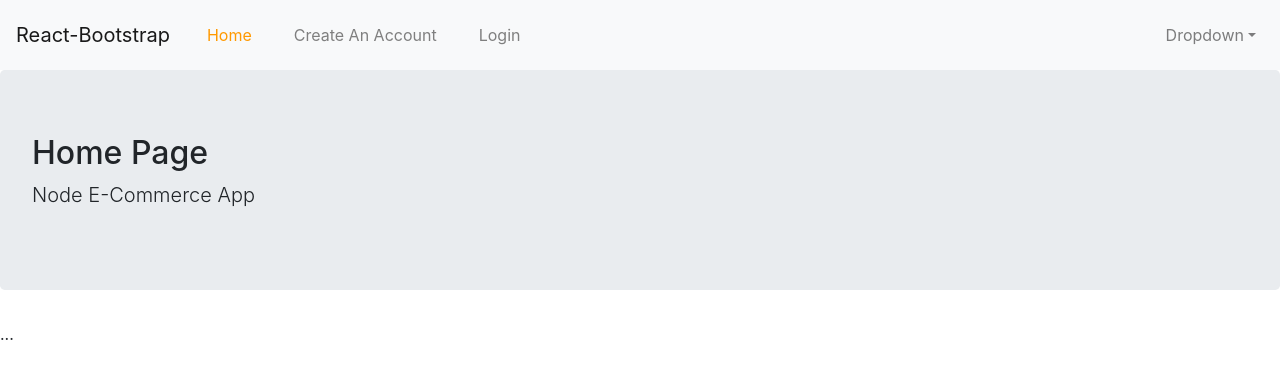
Repository: Awhit-commits/ecommerce_app_medium
Page: / (app in client/)
An editor plug-in stored every save of this project. The page is shown before and after a run of saves, followed by the edit.
The browser window is 1280 px wide. The pictures show the whole page.
The project was rebuilt for these pictures with package versions that can differ from the ones it lists, and the page was loaded fresh each time. Also part of the build but not shown: client/src/App.css, client/src/component/Auth/Login/LoginForm.jsx, client/src/component/Auth/Sign Up/SignUpForm.jsx, client/src/component/Dashboard/UserDashboard.jsx, client/src/component/Auth/Private Route/PrivateRoute.jsx.

Above is the page before, as saved 2020-12-01 21:37:19.

### client/src/App.js
import React from 'react';
import logo from './logo.svg';
import './App.css';

import 'bootstrap/dist/css/bootstrap.min.css';
import AppContainer from './component/AppContainer';


function App() {
  return (
    <div className="">
     <AppContainer/>
    </div>
  );
}


export default App;

### client/src/component/AppContainer.jsx
import React from 'react'
import { BrowserRouter as Router,Switch,Route } from 'react-router-dom'
// import Login from './Auth/Login/Login'
import LoginForm from './Auth/Login/LoginForm'
// import Signup from './Auth/Sign Up/Signup'
import SignUpForm from './Auth/Sign Up/SignUpForm'
import Home from './Core/Home'
import NavBar from './NavBar/NavBar'
import UserDashboard from './Dashboard/UserDashboard'
import PrivateRoute from './Auth/Private Route/PrivateRoute'


export default function AppContainer() {

    return (
        <div>

            <Router>
                <NavBar/>
                <Switch>

            <Route path = "/" exact component = {Home}></Route>
            <Route path = "/signup"><SignUpForm/></Route>
            <Route path = "/login"><LoginForm/></Route>
            <PrivateRoute path="/dashboard"  exact component = {UserDashboard}/>
            </Switch>



    </Router>

        </div>
    )
}

### client/src/component/Core/Home.jsx
import React from 'react'
import Layout from './Layout'

const Home= () =>(

    <Layout title = "Home Page" description = "Node E-Commerce App">... </Layout>
)
export default Home

### client/src/component/NavBar/NavBar.jsx
import React, { Fragment } from "react";
import { Link, withRouter } from "react-router-dom";
import Navbar from "react-bootstrap/Navbar";
import Nav from "react-bootstrap/Nav";
import NavDropdown from "react-bootstrap/NavDropdown";
import Signup from "../Auth/Sign Up/Signup";
import Login from "../Auth/Login/Login";
import Button from "react-bootstrap/esm/Button";

import { signOut, isAuthenicated } from "../Auth/index";
import UserDashboard from "../Dashboard/UserDashboard";

const isActive = (history, path) => {
  if (history.location.pathname === path) {
    return { color: "#ff9900" };
  } else {
    return { color: "#7F7F7F" };
  }
};
const {user} = isAuthenicated();

const Menu = ({ history }) => (
  //   <Navbar bg="light" expand="lg">
  // <Navbar.Brand href="/">React-Bootstrap</Navbar.Brand>
  // <Navbar.Toggle aria-controls="basic-navbar-nav" />
  // <Navbar.Collapse id="basic-navbar-nav">
  //   <Nav className="mr-auto">
  //     <Nav.Link href="/"><Button style = {isActive(history,"/")} variant = "">Home</Button></Nav.Link>
  //     {!isAuthenicated() && <Fragment> <Nav.Item><Nav.Link href="#" ><Button  style = {isActive(history,"/signup")} variant = ""><Signup /></Button></Nav.Link></Nav.Item>
  //    <Nav.Item> <Nav.Link href="#"><Button  style = {isActive(history,"/login")} variant = ""><Login /></Button></Nav.Link></Nav.Item>
  //    </Fragment>}

  //     {isAuthenicated() && (<Fragment><Nav.Item> <Nav.Link href="#" ><Button style = {isActive(history,"/signout")} variant ="" onClick = {()=>signOut(()=>{history.push("/")})}>Signout</Button></Nav.Link></Nav.Item>
  //     <Nav.Item><Nav.Link href = "/dashboard"><Button style = {isActive(history,"/dashboard")} variant ="">Dashboard</Button></Nav.Link></Nav.Item></Fragment>
  //     )}

  //   </Nav>
  //   </Navbar.Collapse>
  //   </Navbar>

  <Navbar bg="light" expand="lg">
    <Navbar.Brand href="#home">React-Bootstrap</Navbar.Brand>
    <Navbar.Toggle aria-controls="basic-navbar-nav" />
    <Navbar.Collapse id="basic-navbar-nav">
      <Nav className="mr-auto">
        <Nav.Link href="/">
          <Button style={isActive(history, "/")} variant="">
            Home
          </Button>
        </Nav.Link>
        {!isAuthenicated() && (
          <Fragment>
            {" "}
            <Nav.Item>
              <Nav.Link href="#">
                <Button style={isActive(history, "/signup")} variant="">
                  <Signup />
                </Button>
              </Nav.Link>
            </Nav.Item>
            <Nav.Item>
              {" "}
              <Nav.Link href="#">
                <Button style={isActive(history, "/login")} variant="">
                  <Login />
                </Button>
              </Nav.Link>
            </Nav.Item>
          </Fragment>
        )}

        {isAuthenicated() && (
          <Fragment>
            <Nav.Item>
              {" "}
              <Nav.Link href="#">
                <Button
                  style={isActive(history, "/signout")}
                  variant=""
                  onClick={() =>
                    signOut(() => {
                      history.push("/");
                    })
                  }
                >
                  Signout
                </Button>
              </Nav.Link>
            </Nav.Item>
            <Nav.Item>
              <Nav.Link href="/dashboard">
                <Button style={isActive(history, "/dashboard")} variant="">
                  Dashboard
                </Button>
              </Nav.Link>
            </Nav.Item>
          </Fragment>
        )}
      </Nav>
      <Nav>
        <NavDropdown title="Dropdown" id="basic-nav-dropdown" className = "dropdown-menu-left">
          <NavDropdown.Item href="#action/3.1">Action</NavDropdown.Item>
          <NavDropdown.Item href="#action/3.2">Another action</NavDropdown.Item>
          <NavDropdown.Item href="#action/3.3">Something</NavDropdown.Item>
          <NavDropdown.Divider />
          <NavDropdown.Item href="#action/3.4">Separated link</NavDropdown.Item>
        </NavDropdown>
      </Nav>
    </Navbar.Collapse>
  </Navbar>
);
export default withRouter(Menu);

### client/src/component/Core/Layout.jsx
import React from 'react'
import Jumbotron from 'react-bootstrap/Jumbotron'

const Layout  = ({title = "Title",
description = "Description",
className,children} )=>(
    <div>
        <Jumbotron>
            <h2>{title}</h2>
            <p className = "lead"> {description}</p>
        </Jumbotron>
        <div className = {className}> {children}</div>
    </div>

)

export default Layout

### client/src/component/Auth/index.js


 export const authenticate = (data,next)=>
 {
     if(typeof window !=='undefined'){
         localStorage.setItem('jwt',JSON.stringify(data))
         next()
     }
 }

 export const signOut = async (next)=>{
     if(typeof window !== 'undefined'){
         localStorage.removeItem('jwt')
         next()
         let response = await fetch('/api/signout')
         let json = await response.json()
         console.log(json)

     }
 }

 export const isAuthenicated = ()=>{
     if (typeof window =='undefined'){
         return false
     }
     if (localStorage.getItem('jwt')){
         return JSON.parse(localStorage.getItem('jwt'))
     }
     else{
         return false
     }
 }

### client/src/component/Auth/Sign Up/Signup.jsx
import React, { useState } from "react";
import { Link } from "react-router-dom";

import Button from "react-bootstrap/Button";
import Modal from "react-bootstrap/Modal";
import Form from "react-bootstrap/Form";
import Alert from "react-bootstrap/Alert";
import Login from "../Login/Login";

function Signup() {
  const [show, setShow] = useState(false);
  // const [name, setName] = useState("");
  // const [email, setEmail] = useState("");
  // const [password, setPassword] = useState("");
  const [values, setValues] = useState({
    name: "",
    email: "",
    password: "",
    error: "",
    success: false,
  });
  const { name, email, password, success, error } = values;

  const handleClose = () => setShow(false);
  const handleShow = () => setShow(true);

  const handleChange = (name) => (event) => {
    setValues({ ...values, error: false, [name]: event.target.value });
  };
  const handleSubmission = async (event) => {
    event.preventDefault();
    let accountInfo = {
      name,
      email,
      password,
    };
    let response = await fetch("/api/signup", {
      method: "Post",
      headers: {
        Accept: "application/json",
        "Content-Type": "application/json",
      },
      body: JSON.stringify(accountInfo),
    });
    let json = await response.json();
    if (json.error) {
      console.log(json.error);
      setValues({ ...values, error: json.error, success: false });
    } else {
      setValues({
        ...values,
        name: "",
        email: "",
        passowrd: "",
        error: "",
        success: true,
      });
    }
  };
  const showError = () => (
    <Alert variant="danger" style={{ display: error ? "" : "none" }}>
      <p>{error}</p>
    </Alert>
  );
  const showSuccess = () => (
    <Alert variant="info" style={{ display: success ? "" : "none" }}>
      <p>
        New account was created. Please{" "}
        <Link>
          <Login />
        </Link>
        .
      </p>
    </Alert>
  );

  return (
    <>
      <span onClick={handleShow}>Create An Account</span>

      <Modal show={show} onHide={handleClose}>
        <Modal.Header closeButton>
          <Modal.Title>Create An Account</Modal.Title>
        </Modal.Header>
        <Modal.Body>
          {showError()}
          {showSuccess()}
          <Form>
            <Form.Group>
              <Form.Label>Name</Form.Label>
              <Form.Control
                type="text"
                placeholder="Your Name"
                onChange={handleChange("name")}
                value={name}
              />
            </Form.Group>
            <Form.Group controlId="formBasicEmail">
              <Form.Label>Email Address</Form.Label>
              <Form.Control
                type="email"
                placeholder="Email"
                onChange={handleChange("email")}
                value={email}
              />
            </Form.Group>
            <Form.Group controlId="formBasicPassword">
              <Form.Label>Password</Form.Label>
              <Form.Control
                type="password"
                placeholder="Password"
                onChange={handleChange("password")}
                value={password}
              />
              <Form.Text id="passwordHelpBlock" muted>
                Your password must be 6-32 characters long, contain letters and
                numbers, and must not contain spaces, special characters, or
                emoji.
              </Form.Text>
              <Form.Text className="" style={{ textAlign: "center" }}>
                Already have an account?{" "}
                <Link to="/login" onClick={handleClose}>
                  Click Here!
                </Link>
              </Form.Text>
            </Form.Group>
          </Form>
        </Modal.Body>
        <Modal.Footer>
          <Button variant="secondary" onClick={handleClose}>
            Close
          </Button>
          <Button variant="primary" onClick={(handleClose, handleSubmission)}>
            Submit
          </Button>
        </Modal.Footer>
      </Modal>
    </>
  );
}
export default Signup;

### client/src/component/Auth/Login/Login.jsx
import React, { useState } from "react";
import Button from "react-bootstrap/Button";
import Modal from "react-bootstrap/Modal";
import Form from "react-bootstrap/Form"
import Alert from "react-bootstrap/Alert"
import { Link,Redirect } from 'react-router-dom'
import{authenticate as authenticate,isAuthenicated} from '../index'

function Login() {
  const [show, setShow] = useState(false);
  const [values, setValues] = useState({email:"",password:"",error:"",loading:false,redirectToReferrer:false})

  const handleClose = () => setShow(false);
  const handleShow = () => setShow(true);
  const {email,password,error,loading,redirectToReferrer} = values

  const handleChange = (name) => (event) => {
    setValues({ ...values, error: false, [name]: event.target.value });
  };

  const {user} = isAuthenicated();

  const handleLogin = async (event)=>{
     let loginInfo = {
          email:email,
          password:password
      }
      event.preventDefault();
       let response =  await fetch("/api/login",{
           method:"Post",
           headers:{
               "Accept":"application/json",
               "Content-Type":"application/json"
           },
           body:JSON.stringify(loginInfo)
       })
      let json = await response.json();
      console.log(json);
      setValues({...values,error:false,loading:true})
      if(json.error){
        setValues({...values,error:json.error,loading:false,redirectToReferrer:false})
    }
    else{
      authenticate(json,()=>{
        setValues ({...values,redirectToReferrer:true})
      })

        handleClose()
    }
  }
  const showError = () => (
    <Alert variant="danger" style={{ display: error ? "" : "none" }}>
      <p>{error}</p>
    </Alert>
  );
const showLoading  = ()=>(
  loading && (<Alert variant ="info"><h2>Loading...</h2></Alert>)
)

const redirectUser = ()=>{
  if(redirectToReferrer){
    if(user && user.role ===1){
      return (<Redirect to = "/admin/dashboard"/>)
    }
    else{
      return ( <Redirect to = "/dashboard"/>)
    }


  }
}
  return (
    <>
       <span onClick={handleShow}>
        Login</span>


      <Modal show={show} onHide={handleClose}>
        <Modal.Header closeButton>
          <Modal.Title>Login</Modal.Title>
        </Modal.Header>
        <Modal.Body>

            <Form>
            {redirectUser()}
          {showLoading()}
              {showError()}
                <Form.Group controlId = "formBasicEmail" >
                    <Form.Label>
                        Email Address
                    </Form.Label>
                    <Form.Control  onChange =  {handleChange('email')} value = {email} type = "email" placeholder = "Enter email"/>




                </Form.Group>
            <Form.Group controlId= "formBasicPassword" >
                    <Form.Label>
                        Password
                    </Form.Label>
                    <Form.Control type = "password" placeholder = "Password" onChange = {handleChange('password')} value = {password}/>
                    <Form.Text className="" style={{ textAlign: "center" }}>
                Need to create an account?{" "}
                <Link to="/signup" onClick={handleClose}>
                  Click Here!
                </Link>
              </Form.Text>
                </Form.Group>
            </Form>
        </Modal.Body>
        <Modal.Footer>
          <Button variant="secondary" onClick={handleClose}>
            Close
          </Button>
          <Button variant="primary" onClick={handleLogin}>
            Submit
          </Button>
        </Modal.Footer>
      </Modal>
    </>
  );
}
export default Login;

Loaded but not shown: client/public/index.html (common file); client/src/index.js (common file); client/src/index.css (common file); client/src/serviceWorker.js (common file)

After the next 2 saves:
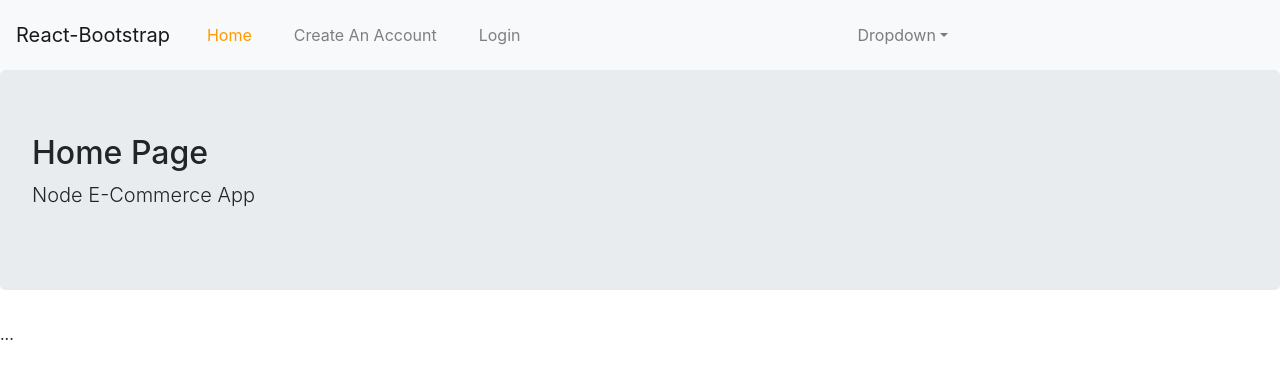
The 2 saves are shown as one change because they came seconds apart.
The last was saved 2 min 6 s later.
--- a/client/src/component/NavBar/NavBar.jsx
+++ b/client/src/component/NavBar/NavBar.jsx
@@ -97,7 +97,7 @@
           </Fragment>
         )}
       </Nav>
-      <Nav>
+      <Nav className ="mr-auto">
         <NavDropdown title="Dropdown" id="basic-nav-dropdown" className = "dropdown-menu-left">
           <NavDropdown.Item href="#action/3.1">Action</NavDropdown.Item>
           <NavDropdown.Item href="#action/3.2">Another action</NavDropdown.Item>

After the save that followed:
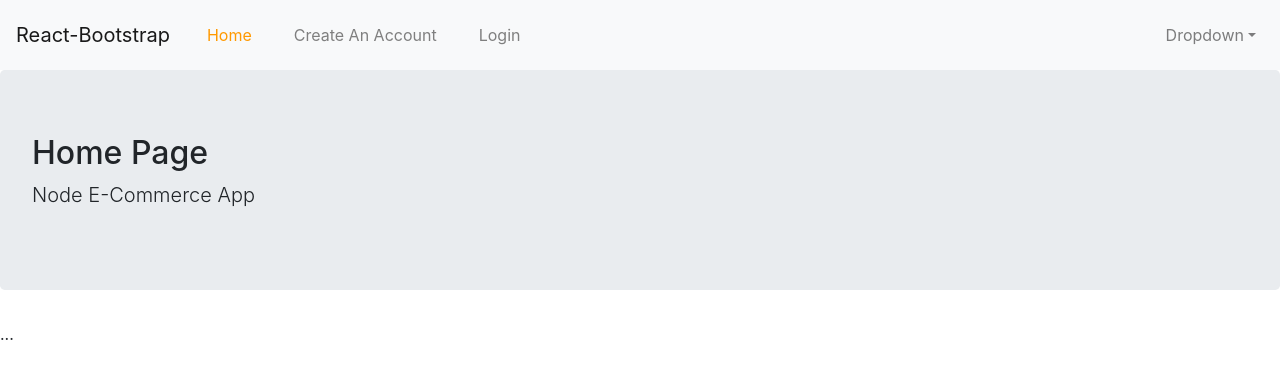
Saved 16 s later.
--- a/client/src/component/NavBar/NavBar.jsx
+++ b/client/src/component/NavBar/NavBar.jsx
@@ -97,7 +97,7 @@
           </Fragment>
         )}
       </Nav>
-      <Nav className ="mr-auto">
+      <Nav className ="ml-auto">
         <NavDropdown title="Dropdown" id="basic-nav-dropdown" className = "dropdown-menu-left">
           <NavDropdown.Item href="#action/3.1">Action</NavDropdown.Item>
           <NavDropdown.Item href="#action/3.2">Another action</NavDropdown.Item>
